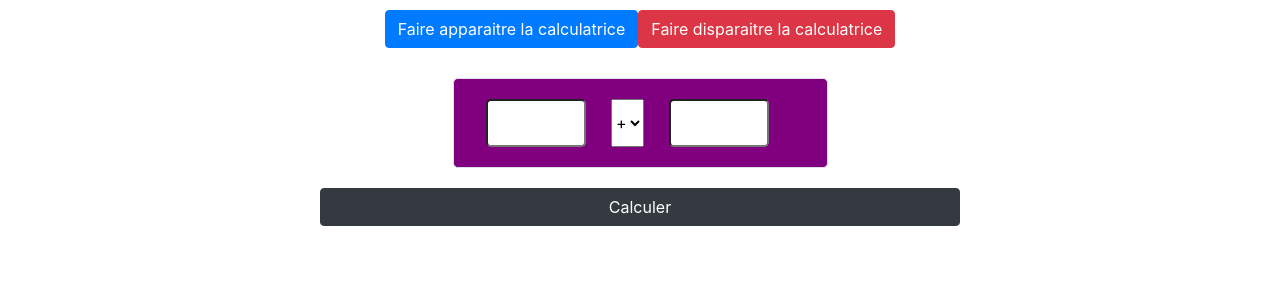
Repository: julieLyM/calculatrice
Page: calculatrice.html
These files come from the project's save history. The page is drawn as it stood at one moment and after a run of saves; the edit follows.
The browser window is 1280 px wide. The pictures show the whole page.

Above is the page before, as saved 2020-12-08 15:33:34.

After the next 2 saves:
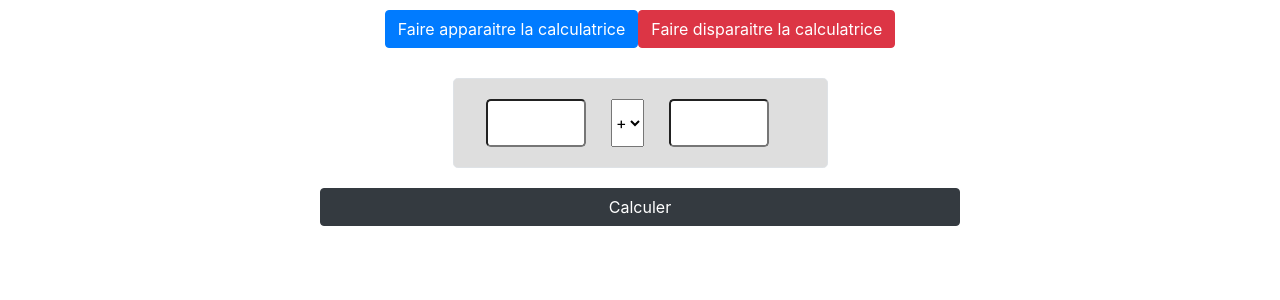
The 2 saves are shown as one change because they came seconds apart.
The last was saved 43 s later.
--- a/calculatrice.html
+++ b/calculatrice.html
@@ -17,7 +17,7 @@
             Faire disparaitre la calculatrice
           </button>
         </div>
-        <div class="row justify-content-around border rounded-lg" id="blocCal"  style="padding: 20px;margin: 20px auto; text-align:center; width: 30%;background-color: purple">
+        <div class="row justify-content-around border rounded-lg" id="blocCal"  style="padding: 20px;margin: 20px auto; text-align:center; width: 30%;background-color: #dedede">
           <input type="text" class="rounded-lg"  id="nombre1" style="width: 100px;">
           <select name="calcul" id="operateur">
             <option>+</option>
